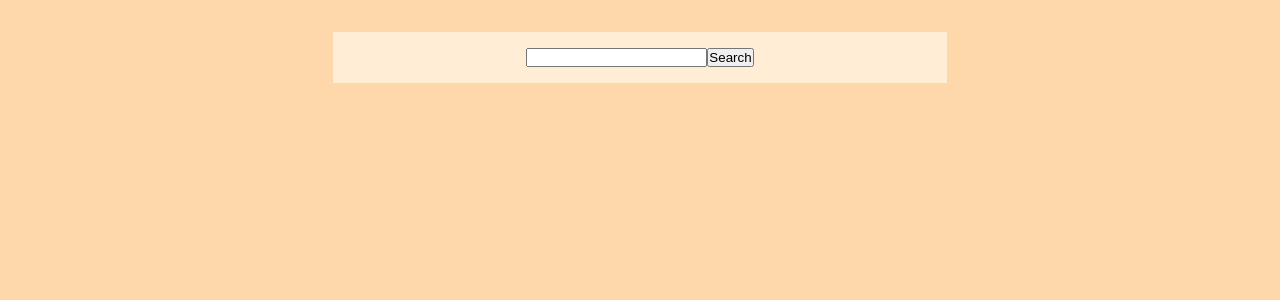
Repository: sandipkarmokar/recipeApp
Page: /
The author's editor kept a copy of each file at every save. The page is drawn from the files as they stood at one save, then again after the next save.
The browser window is 1280 px wide. The pictures show the whole page.
The project was rebuilt for these pictures with package versions that can differ from the ones it lists, and the page was loaded fresh each time.

Above is the page before, as saved 2022-04-16 11:50:41.

After the next save:
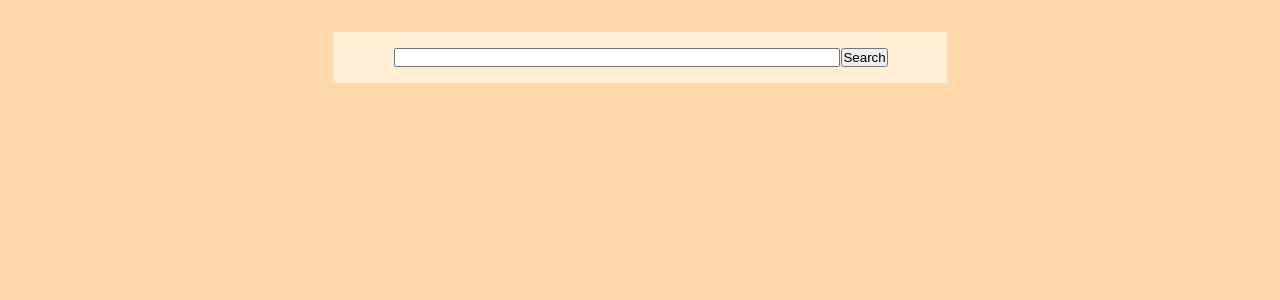
Saved 12 s later.
--- a/src/App.css
+++ b/src/App.css
@@ -29,3 +29,9 @@
     display: flex;
     justify-content: center;
 }
+.app .app-container .searchBar .searchBar-container input {
+    width: 90%;
+    margin: 0 auto;
+    display: flex;
+    justify-content: center;
+}
